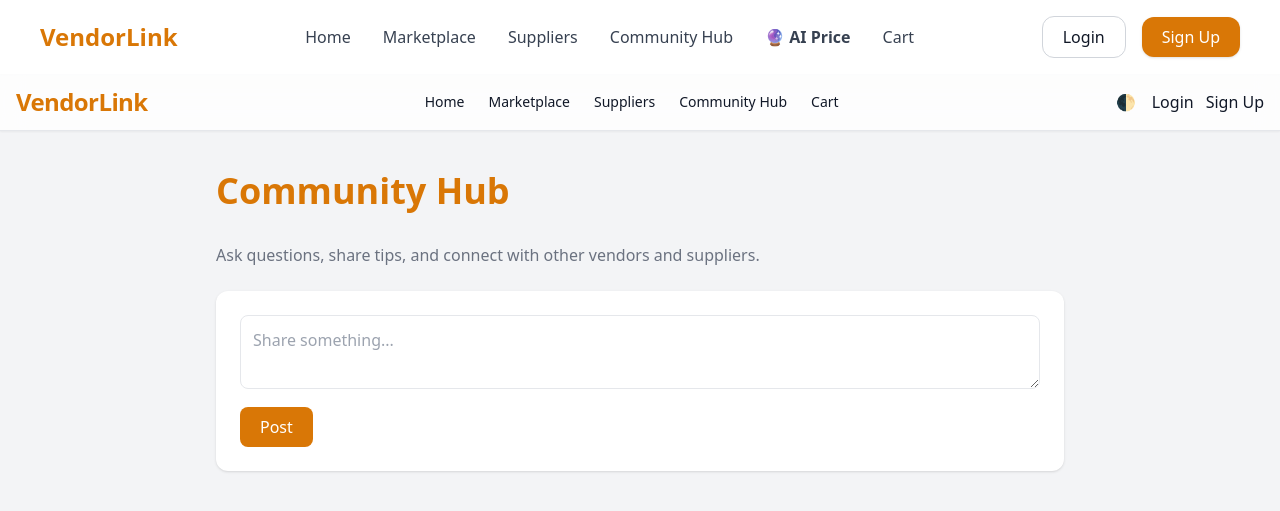
Repository: Omkar0746/VendorLink_Hackathon
Page: VendorLink_Project-main/frontend/community.html
These files come from the project's save history. The page is drawn as it stood at one moment and after the next save; the edit follows.
The browser window is 1280 px wide. The pictures show the whole page.
Some web libraries are served in a nearby version.

Above is the page before, as saved 2025-11-28 00:14:38.

After the next save:
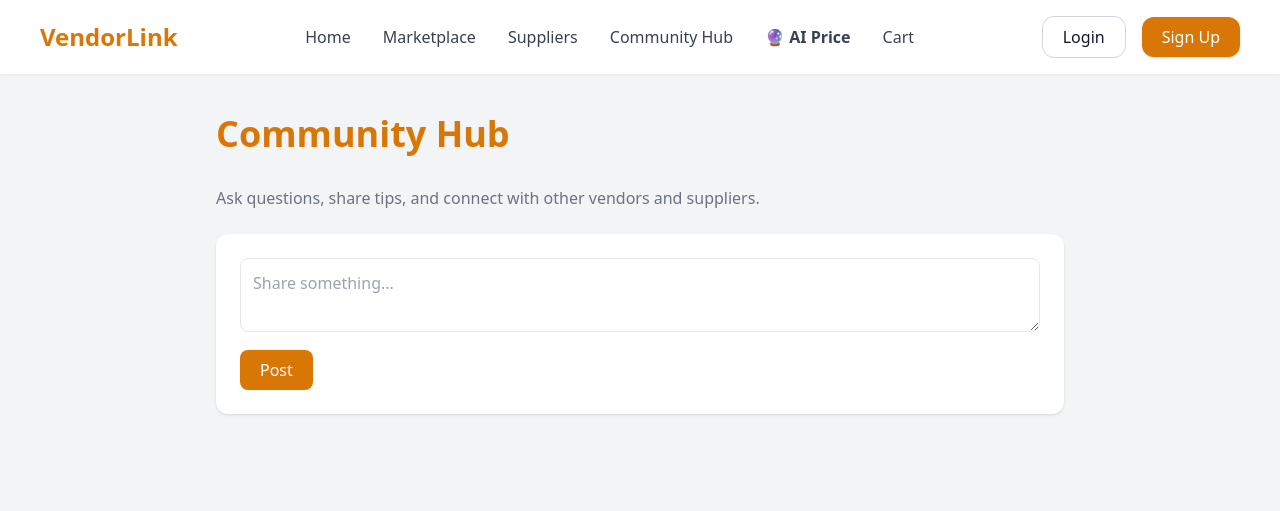
Saved 22 s later.
--- a/VendorLink_Project-main/frontend/community.html
+++ b/VendorLink_Project-main/frontend/community.html
@@ -10,57 +10,7 @@
 
 <body class="text-gray-900 dark:text-gray-100">
 
-<nav class="sticky top-0 z-50 bg-white/80 dark:bg-gray-900/80 backdrop-blur-md shadow-sm border-b border-gray-200 dark:border-gray-700">
-  <div class="max-w-7xl mx-auto px-4 py-3 flex justify-between items-center">
 
-    <div class="flex items-center gap-2 cursor-pointer" onclick="window.location.href='index.html'">
-      <span class="text-2xl font-extrabold text-amber-600 tracking-tight">VendorLink</span>
-    </div>
-
-    <div class="flex items-center gap-6 text-sm font-medium">
-      <a href="index.html" class="nav-link">Home</a>
-      <a href="marketplace.html" class="nav-link">Marketplace</a>
-      <a href="suppliers.html" class="nav-link">Suppliers</a>
-      <a href="community.html" class="nav-link">Community Hub</a>
-      <a href="cart.html" class="nav-link">Cart</a>
-
-      <a id="nav-supplier-dashboard" href="supplier_dashboard.html" class="nav-link hidden">
-        Dashboard
-      </a>
-    </div>
-
-    <div class="flex items-center gap-4">
-
-      <div id="roleSliderWrapper" class="hidden">
-        <label class="flex items-center gap-2 text-sm font-medium text-gray-600 dark:text-gray-300">
-          <span id="roleText"></span>
-          <input id="roleToggle" type="checkbox" disabled class="toggle-checkbox">
-        </label>
-      </div>
-
-      <button id="themeToggle" class="theme-btn">🌓</button>
-
-      <div id="nav-auth-guest" class="flex items-center gap-3">
-        <a href="login.html" class="btn-outline">Login</a>
-        <a href="signup.html" class="btn-filled">Sign Up</a>
-      </div>
-
-      <div id="nav-auth-user" class="hidden relative">
-        <button id="profileBtn" class="profile-btn">Profile ⬇</button>
-
-        <div id="profileDropdown"
-             class="hidden absolute right-0 mt-2 w-40 bg-white dark:bg-gray-800 shadow-md rounded-lg overflow-hidden">
-          <a href="profile.html" class="dropdown-item">My Profile</a>
-
-          <button id="logoutBtn"
-                  class="dropdown-item text-red-500 hover:bg-red-50 dark:hover:bg-gray-700">
-            Logout
-          </button>
-        </div>
-      </div>
-    </div>
-  </div>
-</nav>
 
 <script type="module" src="assets/js/navbar.js"></script>
 
